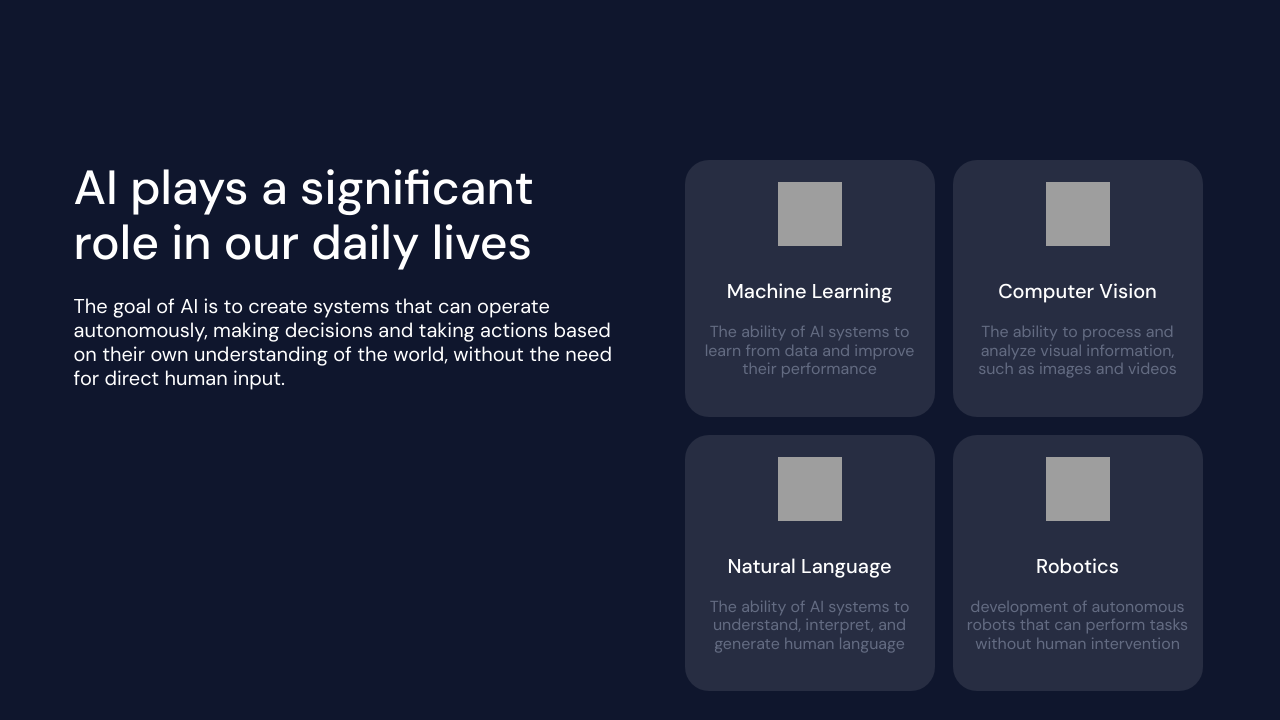
Repository: guli95/four-areas-of-AI-INVO-ACAdemy
Page: /
The author's editor kept a copy of each file at every save. The page is drawn from the files as they stood at one save, then again after a run of saves.
The browser window is 1280 px wide. The pictures show the whole page.
Pictures or frames that could not be fetched are drawn as grey boxes. The project was rebuilt for these pictures with package versions that can differ from the ones it lists, and the page was loaded fresh each time.

Above is the page before, as saved 2023-03-13 15:35:11.

After the next 2 saves:
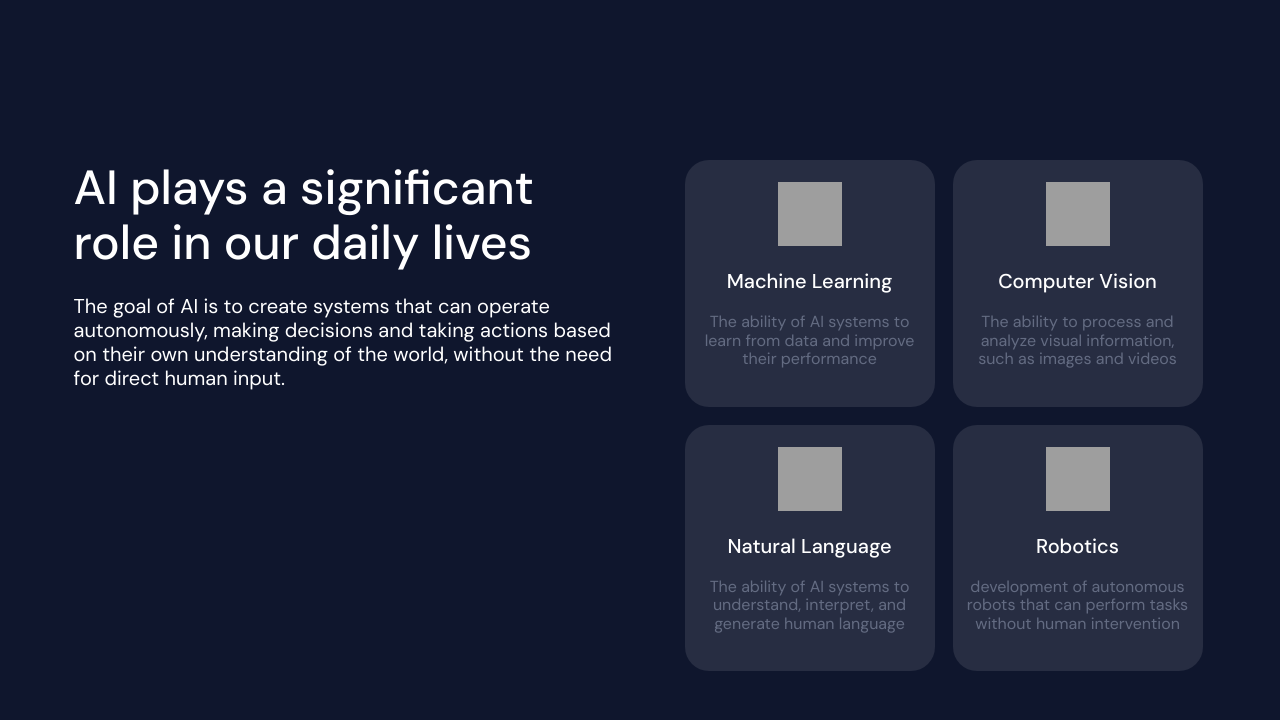
The 2 saves are shown as one change because they came seconds apart.
The last was saved 8 s later.
--- a/src/pages/home-page/styles/home-page.scss
+++ b/src/pages/home-page/styles/home-page.scss
@@ -85,7 +85,7 @@
                 width: 100%;
             }
             .card-img{
-                margin-bottom: 10px;
+                margin-bottom: 0px;
                 width: 64px;
                 height: 64px;
                 @media screen and (max-width:1024px) {
